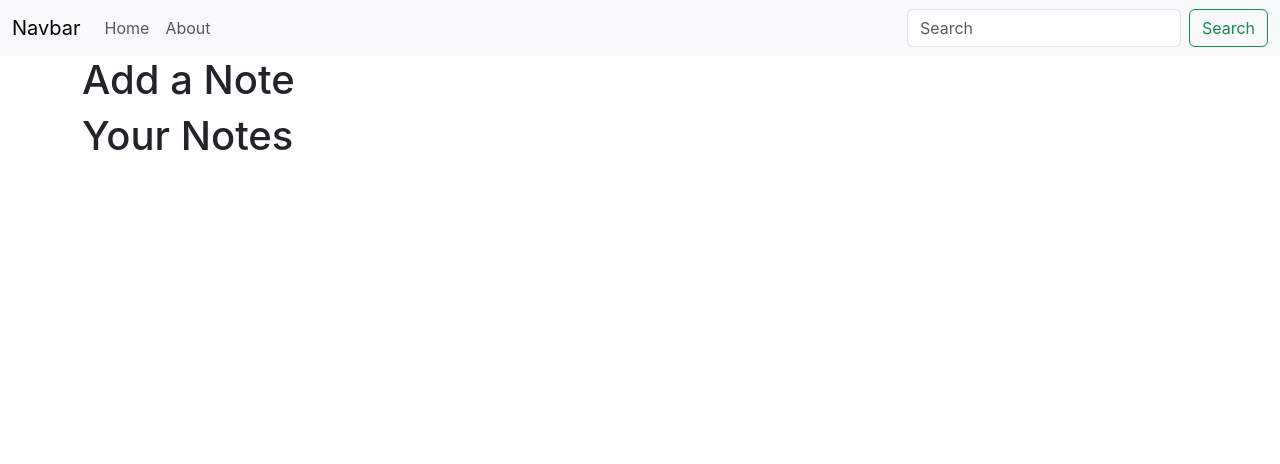
Repository: bhaveshdaipuria/inotebook
Page: /home
The author's editor kept a copy of each file at every save. The page is drawn from the files as they stood at one save, then again after the next save.
The browser window is 1280 px wide. The pictures show the whole page.
The project was rebuilt for these pictures with package versions that can differ from the ones it lists, and the page was loaded fresh each time. Also part of the build but not shown: src/App.css, src/components/About.js.

Above is the page before, as saved 2023-05-03 12:14:08.

After the next save:
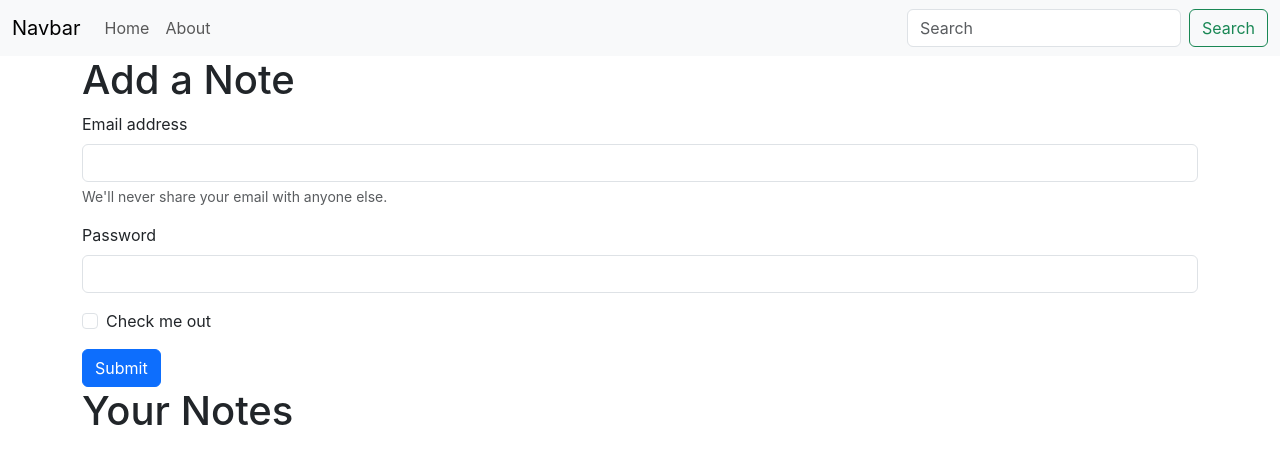
Saved 3 min 56 s later.
--- a/src/components/Home.js
+++ b/src/components/Home.js
@@ -4,7 +4,22 @@ function Home() {
   return (
     <div>
     <h1>Add a Note</h1>
-
+    <form>
+  <div className="mb-3">
+    <label for="exampleInputEmail1" className="form-label">Email address</label>
+    <input type="email" className="form-control" id="exampleInputEmail1" aria-describedby="emailHelp"/>
+    <div id="emailHelp" className="form-text">We'll never share your email with anyone else.</div>
+  </div>
+  <div className="mb-3">
+    <label for="exampleInputPassword1" className="form-label">Password</label>
+    <input type="password" className="form-control" id="exampleInputPassword1"/>
+  </div>
+  <div className="mb-3 form-check">
+    <input type="checkbox" className="form-check-input" id="exampleCheck1"/>
+    <label className="form-check-label" for="exampleCheck1">Check me out</label>
+  </div>
+  <button type="submit" className="btn btn-primary">Submit</button>
+</form>
     <h1>Your Notes</h1>
     </div>
   )
